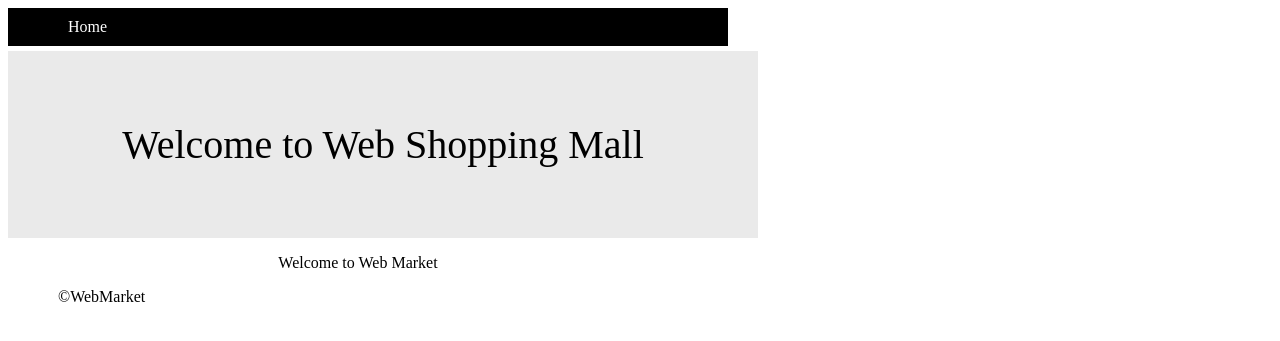
Repository: JuHyeon-S/21-1-Web-Back-end_Programming
Page: http://localhost/week07_20185135/work05_20185135.jsp
The author's editor kept a copy of each file at every save. The page is drawn from the files as they stood at one save, then again after the next save.
The browser window is 1280 px wide. The pictures show the whole page.
The page is served by Tomcat 9.

Above is the page before, as saved 2021-04-15 03:29:38.

### week07/week07_20185135/src/main/webapp/work05_20185135.jsp
<%@ page language="java" contentType="text/html; charset=EUC-KR"
    pageEncoding="EUC-KR"%>
<!DOCTYPE html>
<html>
<head>
<meta charset="EUC-KR">
<title>Insert title here</title>
<link rel="stylesheet" href="work05_20185135_css.css">
</head>
<body>
	<nav class="title">
		<a class="title_a" href="./환영.jsp">Home</a>
	</nav>
	<section>
		<div class="div1">
			<p class="p1">Welcome to Web Shopping Mall
		</div>
		<div class="div2">
			<p class="p2">Welcome to Web Market</p>
		</div>
	</section>
	<footer>
		<p>&copy;WebMarket</p>
	</footer>
</body>
</html>

### week07/week07_20185135/src/main/webapp/work05_20185135_css.css
@charset "EUC-KR";

body {
	width: 700px;
}

.title{
	width: 700px;
	heigth: 30px;
	background-color: black;
	padding: 10px;
	margin-bottom: 5px;
}

.title_a{
	margin-left: 50px;
	background-color: black;
	color: white;
	text-decoration: none;
}

.div1{
	width: 690px;
	padding: 30px;
	background-color: rgb(234,234, 234);
	font-size: 40px;
	text-align: center;
}

.div2{
	text-align: center;
}

footer{
	padding-left: 50px;
}

After the next save:
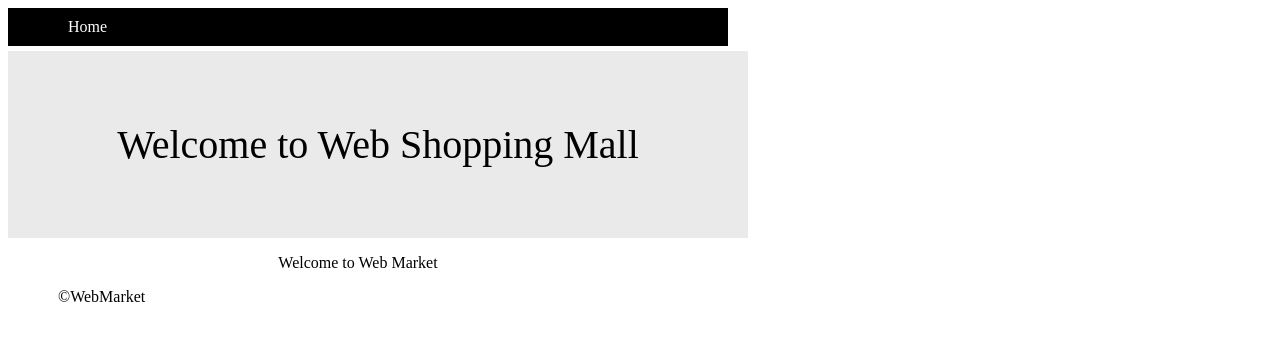
Saved 10 s later.
--- a/week07/week07_20185135/src/main/webapp/work05_20185135_css.css
+++ b/week07/week07_20185135/src/main/webapp/work05_20185135_css.css
@@ -20,7 +20,7 @@ body {
 }
 
 .div1{
-	width: 690px;
+	width: 680px;
 	padding: 30px;
 	background-color: rgb(234,234, 234);
 	font-size: 40px;
